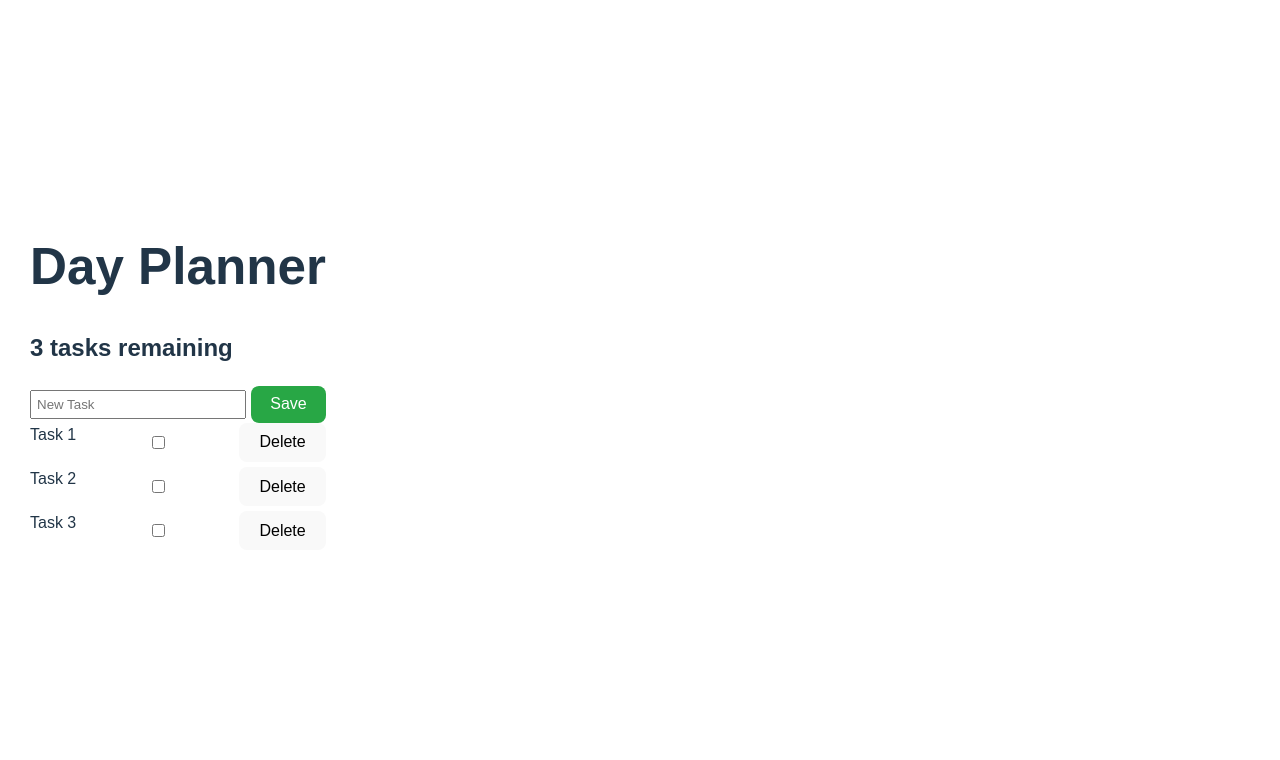
Repository: GavinPahal/lab5
Page: /
The author's editor kept a copy of each file at every save. The page is drawn from the files as they stood at one save, then again after the next save.
The browser window is 1280 px wide. The pictures show the whole page.
The project was rebuilt for these pictures with package versions that can differ from the ones it lists, and the page was loaded fresh each time. Also part of the build but not shown: vite.config.js.

Above is the page before, as saved 2024-10-11 17:45:24.

After the next save:
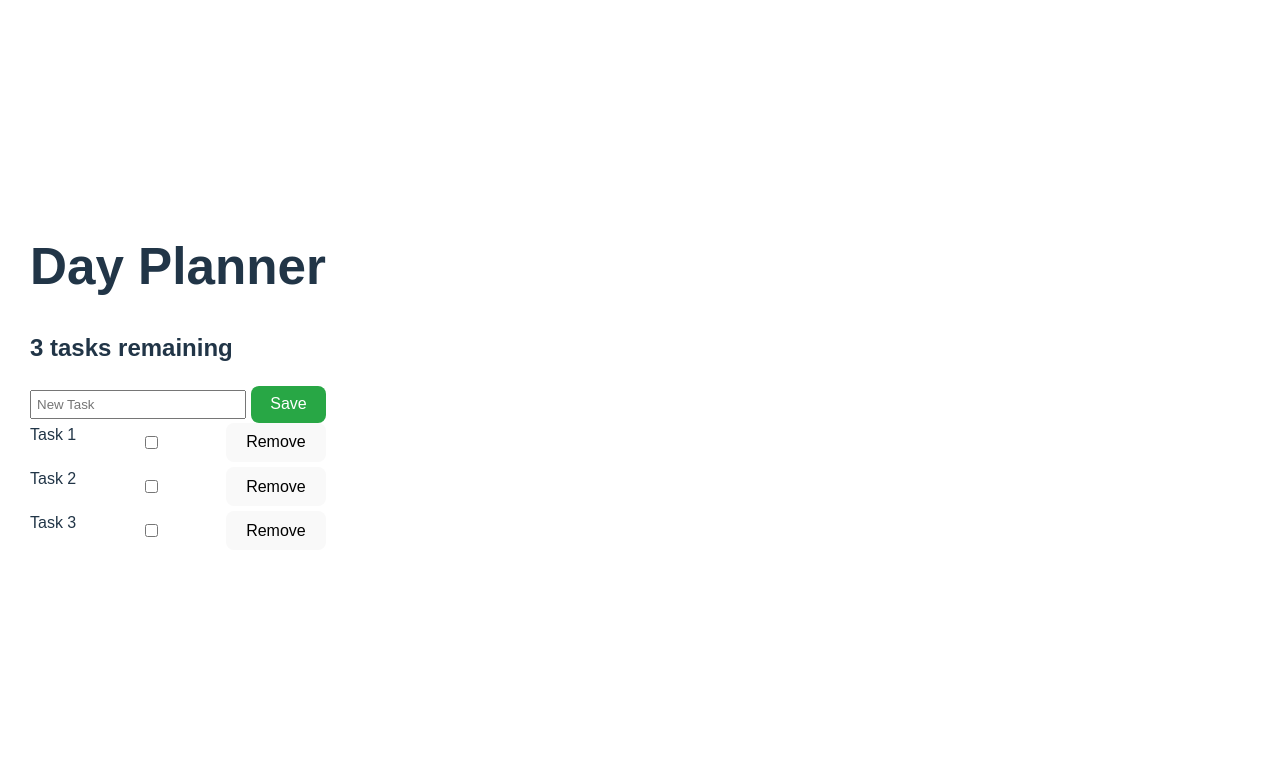
Saved 72 s later.
--- a/components/Task.jsx
+++ b/components/Task.jsx
@@ -3,14 +3,14 @@ import React from 'react';
 
 function Task({ task, toggleComplete, deleteTask }) {
   return (
-    <div className="task">
+    <div className={`task ${task.isCompleted ? 'completed' : ''}`}>
       <span>{task.name}</span>
       <input
         type="checkbox"
         checked={task.isCompleted}
         onChange={() => toggleComplete(task.id)}
       />
-      <button onClick={() => deleteTask(task.id)}>Delete</button>
+      <button onClick={() => deleteTask(task.id)} className="remove">Remove</button>
     </div>
   );
 }
